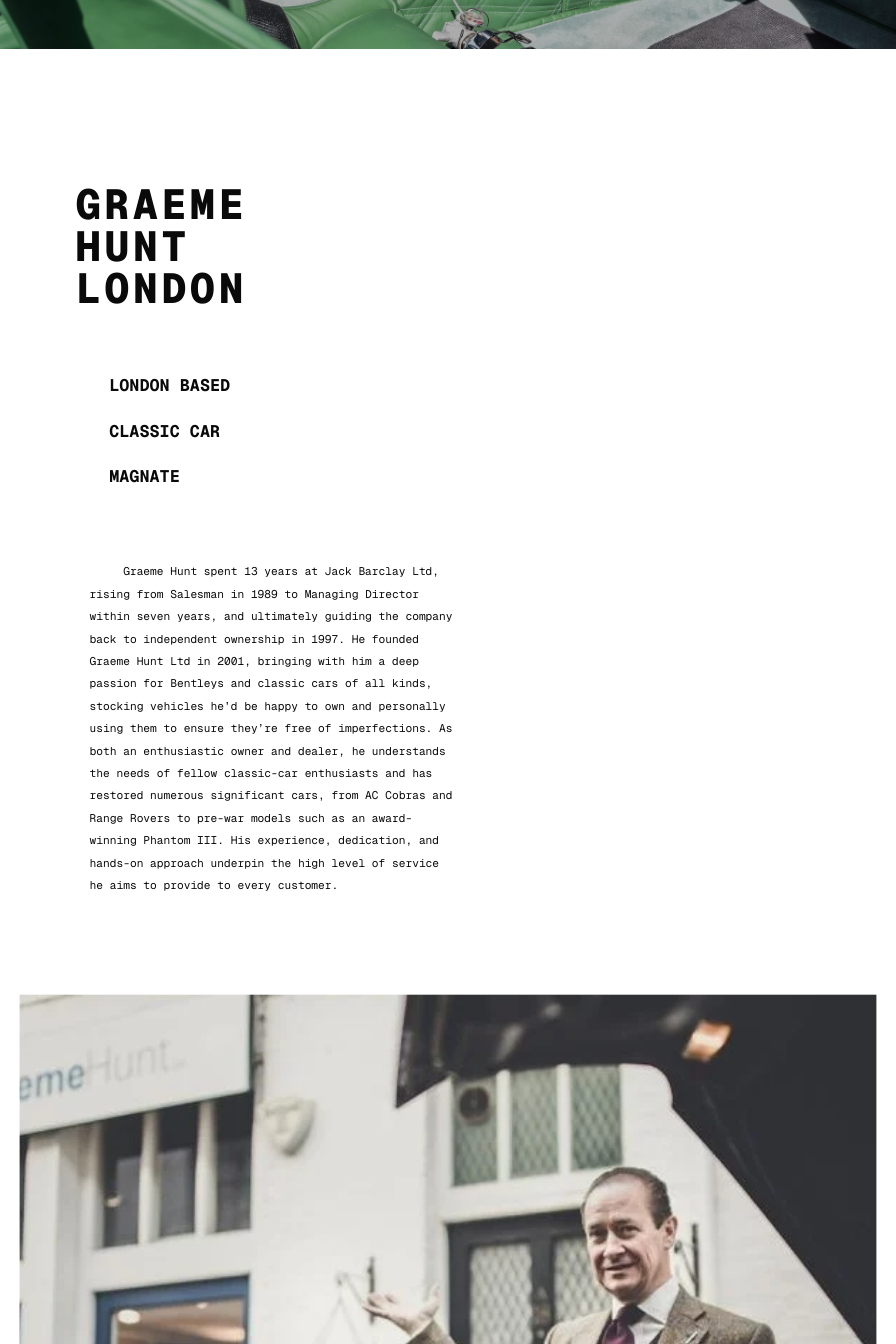
Repository: Richartistique-LeBrassus/Atelier-de-Voitures-Classiques
Page: /
The author's editor kept a copy of each file at every save. The page is drawn from the files as they stood at one save, then again after the next save.
The browser window is 1280 px wide. The pictures show the part of the page from y = 650 to 2570 px (the page is 6831 px tall), at 70% of full size.
The project was rebuilt for these pictures with package versions that can differ from the ones it lists, and the page was loaded fresh each time. The framework's server and built-in components were replaced by stand-ins that run in the browser. Also part of the build but not shown: next.config.ts.

Above is the page before, as saved 2025-11-24 14:18:54.

After the next save:
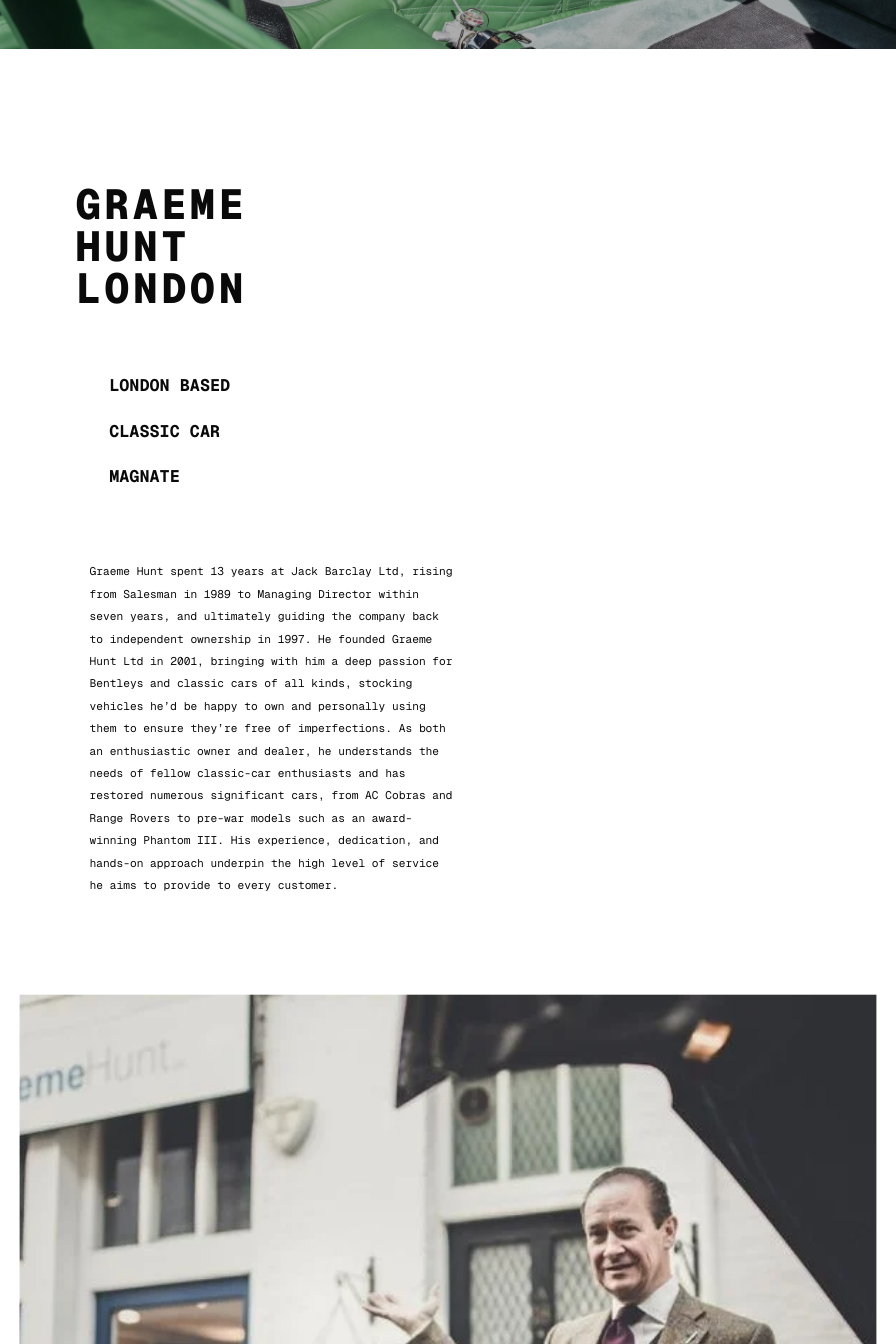
Saved 74 s later.
--- a/components/Ethos.tsx
+++ b/components/Ethos.tsx
@@ -47,7 +47,7 @@
           whileInView={{ opacity: 1, y: 0 }}
           transition={{ duration: 1.2, ease: "easeOut" }}
           viewport={{ once: true, amount: 0.3 }}
-          className="leading-9 sm:leading-8 font-mono text-left lg:max-w-[470px] xl:indent-12
+          className="leading-9 sm:leading-8 font-mono text-left lg:max-w-[470px]
           lg:h-full items-end align-bottom sm:mb-10
           xl:max-w-[560px] max-w-[570px] xl:p-5"
         >
